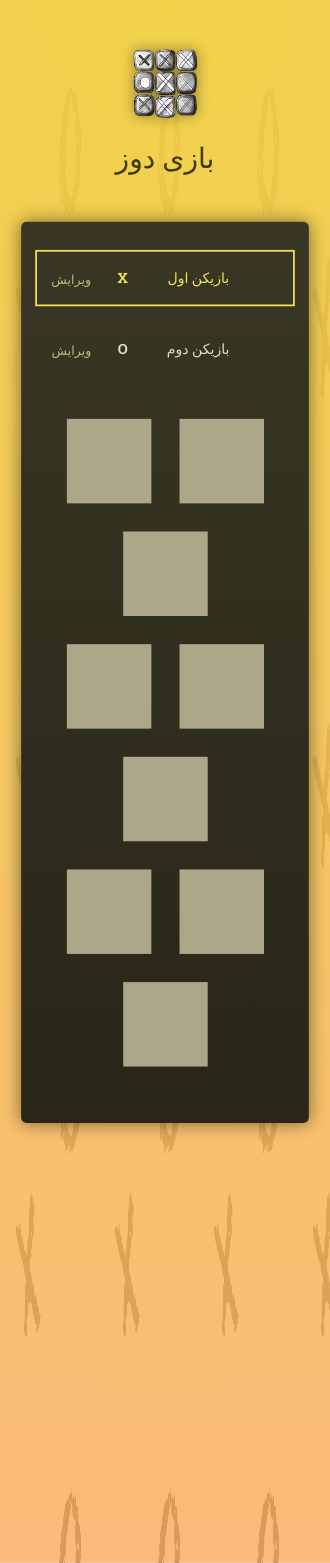
Repository: H-ala/react-tic-toc-toe
Page: /
An editor plug-in stored every save of this project. The page is shown before and after the next save, followed by the edit.
The browser window is 375 px wide. The pictures show the whole page, at 88% of full size.
Some web fonts or font styles are not loaded; a fallback is used. The project was rebuilt for these pictures with package versions that can differ from the ones it lists, and the page was loaded fresh each time. Also part of the build but not shown: vite.config.js, src/components/GameOver.jsx.

Above is the page before, as saved 2025-10-21 18:38:07.

### index.html
<!DOCTYPE html>
<html lang="en">
  <head>
    <meta charset="UTF-8" />
    <link rel="icon" type="image/svg+xml" href="/game-logo.png" />
    <meta name="viewport" content="width=device-width, initial-scale=1.0" />
    <title>React Tic-Tac-Toe</title>
  </head>
  <body>
    <header>
      <img src="game-logo.png" alt="main picture">
      <h1>بازی دوز</h1>
    </header>
    <div id="root"></div>
    <script type="module" src="/src/index.jsx"></script>
  </body>
</html>

### src/App.jsx
import { WINNING_COMBINATIONS } from "./winning_combinations.js";
import { useState } from "react";
import GameBoard from "./components/GameBoard.jsx";
import GameOver from "./components/GameOver.jsx";
import Player from "./components/Player.jsx";
import Log from "./components/Log.jsx";

const PLAYERS = {
    X: "بازیکن اول",
    O: "بازیکن دوم",
  }

const INITIAL_GAME_BOARD = [
  [null, null, null],
  [null, null, null],
  [null, null, null],
];

function deriveActivePlayer(gameTurns) {
  let currentPlayer = "X";
  if (gameTurns.length > 0 && gameTurns[0].player === "X") {
    currentPlayer = "O";
  }
  return currentPlayer;
}

function deriveGameBoard(gameTurns) {
  let gameBoard = [...INITIAL_GAME_BOARD.map((innerArray) => [...innerArray])];

  for (const turn of gameTurns) {
    const { square, player } = turn;
    const { row, col } = square;

    gameBoard[row][col] = player;
  }
  return gameBoard
}

function deriveWinner(gameBoard, players) {
  let winner;

  for (const combination of WINNING_COMBINATIONS) {
    const firstSquareSymbol =
      gameBoard[combination[0].row][combination[0].column];
    const secondSquareSymbol =
      gameBoard[combination[1].row][combination[1].column];
    const thirdSquareSymbol =
      gameBoard[combination[2].row][combination[2].column];

    if (
      firstSquareSymbol &&
      firstSquareSymbol === secondSquareSymbol &&
      firstSquareSymbol === thirdSquareSymbol
    ) {
      winner = players[firstSquareSymbol];
    }
  }

  return winner;
}

function App() {
  const [players, setplayers] = useState(PLAYERS);
  const [gameTurns, setGameTurns] = useState([]);

  const activePlayer = deriveActivePlayer(gameTurns);

  const gameBoard = deriveGameBoard(gameTurns);
  const winner = deriveWinner(gameBoard, players);
  const isDraw = gameTurns.length === 9 && !winner;

  function handleSelectSquare(rowIndex, colIndex) {
    setGameTurns((prevTurns) => {
      const currentPlayer = deriveActivePlayer(prevTurns);
      const updatedTurns = [
        {
          square: { row: rowIndex, col: colIndex },
          player: currentPlayer,
        },
        ...prevTurns,
      ];
      return updatedTurns;
    });
  }

  function handlePlayerName(symbol, newName) {
    setplayers((prevPlayers) => {
      return {
        ...prevPlayers,
        [symbol]: newName,
      };
    });
  }

  function handleRestart() {
    setGameTurns([]);
  }
  return (
    <main>
      <div id="game-container">
        <ol id="players" className="highlight-player">
          <Player
            initialName={PLAYERS.X}
            symbol="X"
            isActive={activePlayer === "X"}
            onChangeName={handlePlayerName}
          />
          <Player
            initialName={PLAYERS.O}
            symbol="O"
            isActive={activePlayer === "O"}
            onChangeName={handlePlayerName}
          />
        </ol>
        {(winner || isDraw) && (
          <GameOver winner={winner} onRestart={handleRestart} />
        )}
        <GameBoard onSelectSquare={handleSelectSquare} board={gameBoard} />
      </div>
      <Log turns={gameTurns} />
    </main>
  );
}

export default App;

### src/index.css
@import url("https://fonts.googleapis.com/css2?family=Caprasimo&family=Roboto+Slab:wght@400;700&display=swap");

* {
  box-sizing: border-box;
}

html {
  font-family: "Roboto Slab", sans-serif;
  line-height: 1.5;

  color: #ebe7ef;

  font-synthesis: none;
  text-rendering: optimizeLegibility;
  -webkit-font-smoothing: antialiased;
  -moz-osx-font-smoothing: grayscale;
  -webkit-text-size-adjust: 100%;
}

body {
  background: radial-gradient(
      circle at top,
      rgba(241, 210, 70, 0.98),
      rgba(250, 176, 103, 0.87)
    ),
    url("bg-pattern-dark.png");
  background-repeat: repeat;
  background-size: 100% 100%, 30% 30%, 100% 100%;
  min-height: 110rem;
  direction: rtl;
}

header {
  text-align: center;
}

header img {
  width: 8rem;
  object-fit: contain;
  margin: 3rem auto 1rem auto;
  filter: drop-shadow(0 0 8px rgba(0, 0, 0, 0.4));
}

h1 {
  font-family: "Caprasimo", cursive;
  font-size: 3rem;
  margin: 0 auto 3rem auto;
  color: #3f3b00;
}

#game-container {
  max-width: 45rem;
  margin: 3rem auto;
  padding: 2rem;
  border-radius: 6px;
  background: linear-gradient(#383624, #282617);
  box-shadow: 0 0 20px rgba(0, 0, 0, 0.5);
  position: relative;
}

#players {
  list-style: none;
  padding: 0;
  margin: 1rem 0;
  display: flex;
  justify-content: center;
  align-items: center;
  gap: 2rem;
}

#players li {
  display: flex;
  align-items: center;
  width: 50%;
  border: 2px solid transparent;
}

#players.highlight-player li.active {
  border-color: #f6e35a;
  animation: pulse 2s infinite ease-in-out;
}

#players.highlight-player li.active .player-name,
#players.highlight-player li.active .player-symbol {
  color: #f6e35a;
}

#players button {
  width: 3rem;
  border: none;
  background: none;
  color: #c3ba78;
  font-size: 0.9rem;
  cursor: pointer;
  transition: color 0.2s;
  padding: 0.5rem 0.25rem 0.25rem 0.25rem;
  text-align: center;
}

#players button:hover {
  color: #f8ca31;
}

.player {
  border: 2px solid transparent;
  padding: 0.5rem;
  border-radius: 4px;
  font-weight: bold;
}

.player-name {
  display: inline-block;
  width: 10rem;
  font-size: 1rem;
  color: #e1dec7;
  text-transform: uppercase;
  margin: 0;
  padding: 0.5rem;
  border-radius: 4px;
  text-overflow: ellipsis;
  text-align: center;
}

.player input {
  font: inherit;
  font-size: 1rem;
  width: 10rem;
  border: none;
  padding: 0.5rem;
  animation: pulse-text 2s infinite;
  background-color: #46432f;
  text-align: center;
  text-transform: uppercase;
}

.player-symbol {
  margin-left: 1rem;
  font-size: 1rem;
  color: #e1dec7;
}

ol {
  list-style: none;
  margin: 0;
  padding: 0;
}

/* #pre-game {
  text-align: center;
}

#pre-game button {
  cursor: pointer;
  background: none;
  color: #f8c031;
  border: none;
  font-family: "Caprasimo", cursive;
  font-size: 4rem;
  text-shadow: 0 0 12px rgba(0, 0, 0, 0.7);
  animation: pulse-text-size 2s infinite ease-out;
} */

#game-board {
  display: flex;
  flex-wrap: wrap;
  justify-content: center;
  gap: 2rem;
  margin: 3rem 0;
  padding: 0;
  flex-direction: column;
}

#game-board ol {
  display: flex;
  flex-wrap: wrap;
  justify-content: center;
  gap: 2rem;
  margin: 0;
  padding: 0;
}

#game-board button {
  width: 8rem;
  height: 8rem;
  border: none;
  background: #aca788;
  color: #3f3b00;
  font-size: 5rem;
  cursor: pointer;
  font-family: "Caprasimo", cursive;
  padding: 1rem;
}

#game-over {
  position: absolute;
  top: 0;
  left: 0;
  width: 100%;
  height: 100%;
  display: flex;
  flex-direction: column;
  justify-content: center;
  align-items: center;
  background-color: rgba(40, 38, 23, 0.95);
  animation: pop-in 0.5s cubic-bezier(0.68, -0.55, 0.65, 0.52) forwards;
}

#game-over h2 {
  font-family: "Caprasimo", cursive;
  font-size: 4rem;
  text-align: center;
  color: #fcd256;
  margin: 0;
}

#game-over p {
  font-size: 2rem;
  text-align: center;
  color: #e1dec7;
}

#game-over button {
  display: block;
  margin: 0 auto;
  font-size: 1.5rem;
  background: none;
  border: 2px solid #fcd256;
  color: #fcd256;
  padding: 0.5rem 1rem;
  border-radius: 4px;
  cursor: pointer;
  transition: all 0.2s, color 0.2s;
  box-shadow: 0 0 8px rgba(255, 187, 0, 0.4);
}

#game-over button:hover {
  background: #fcd256;
  color: #3f3b00;
  transform: scale(1.1);
  box-shadow: 0 0 20px rgba(255, 187, 0, 0.8);
}

#log {
  max-width: 20rem;
  color: #3f3b00;
  list-style: none;
  margin: 2rem auto;
  padding: 0;
  text-align: center;
}

#log li {
  border-radius: 4px;
  animation: slide-in-from-left 1s cubic-bezier(0.075, 0.82, 0.165, 1) forwards;
  margin: 0.75rem;
}

#log li.highlighted {
  background-color: #3f3b00;
  color: white;
}

#game-hints {
  text-align: center;
  color: #46432f;
}

#game-hints h2 {
  font-family: "Caprasimo", cursive;
  font-size: 2rem;
  margin: 0;
}

#game-hints ul {
  list-style: none;
  padding: 0;
  margin: 0;
}

#game-hints button {
  cursor: pointer;
  border: none;
  background: transparent;
  color: #23221f;
  font: inherit;
  margin-top: 1.5rem;
}

@keyframes slide-in-from-left {
  0% {
    opacity: 0;
    transform: translateX(-30%);
  }
  100% {
    opacity: 1;
    transform: translateX(0);
  }
}

@keyframes pulse-text {
  0% {
    color: #e1dec7;
  }
  50% {
    color: #9f9d83;
  }
  100% {
    color: #e1dec7;
  }
}

@keyframes pulse-text-size {
  0% {
    transform: scale(1);
  }
  50% {
    transform: scale(1.05);
  }
  100% {
    transform: scale(1);
  }
}

@keyframes pulse {
  0% {
    border-color: #f6e35a;
    box-shadow: 0 0 0 0 rgba(246, 227, 90, 0.4);
  }
  50% {
    border-color: #f8c031;
    box-shadow: 0 0 0 0.5rem rgba(248, 165, 49, 0);
  }
  100% {
    border-color: #f6e35a;
    box-shadow: 0 0 0 0 rgba(246, 227, 90, 0);
  }
}

/* Fancy animation for showing the "Game Over" element */
@keyframes pop-in {
  0% {
    transform: scale(0);
    opacity: 0;
  }
  80% {
    transform: scale(1.1);
    opacity: 1;
  }
  100% {
    transform: scale(1);
  }
}

@media (max-width: 768px) {
  h1 {
    font-size: 2rem;
  }

  #game-container {
    padding: 1rem;
    margin: 1rem;
  }

  #players {
    flex-direction: column;
    gap: 1rem;
  }

  #players li {
    width: 100%;
    align-items: center;
    justify-content: center;
  }

  #game-board button {
    width: 6rem;
    height: 6rem;
    font-size: 3rem;
  }

  #game-over p {
    font-size: 1.2rem;
  }
}
@media (max-width: 480px) {
  header img {
    width: 4.5rem;
  }

  h1 {
    font-size: 2rem;
  }

  #game-container {
    padding: 1rem;
    margin: 1rem;
  }

  #players {
    flex-direction: column;
    gap: 1rem;
  }

  #players li {
    width: 100%;
    align-items: center;
    justify-content: center;
  }

  #game-board button {
    width: 6rem;
    height: 6rem;
    font-size: 3rem;
  }

  #game-over p {
    font-size: 1.2rem;
  }
}

### src/winning_combinations.js
export const WINNING_COMBINATIONS = [
  [
    { row: 0, column: 0 },
    { row: 0, column: 1 },
    { row: 0, column: 2 },
  ],
  [
    { row: 1, column: 0 },
    { row: 1, column: 1 },
    { row: 1, column: 2 },
  ],
  [
    { row: 2, column: 0 },
    { row: 2, column: 1 },
    { row: 2, column: 2 },
  ],
  [
    { row: 0, column: 0 },
    { row: 1, column: 0 },
    { row: 2, column: 0 },
  ],
  [
    { row: 0, column: 1 },
    { row: 1, column: 1 },
    { row: 2, column: 1 },
  ],
  [
    { row: 0, column: 2 },
    { row: 1, column: 2 },
    { row: 2, column: 2 },
  ],
  [
    { row: 0, column: 0 },
    { row: 1, column: 1 },
    { row: 2, column: 2 },
  ],
  [
    { row: 0, column: 2 },
    { row: 1, column: 1 },
    { row: 2, column: 0 },
  ],
];

### src/components/Player.jsx
import { useState } from "react";

export default function ({ initialName, symbol, isActive, onChangeName }) {
  const [playerName, setplayerName] = useState(initialName);
  const [isEditting, setIsEditting] = useState(false);

  function handleEditClick() {
    setIsEditting((editting) => !editting);
    if (isEditting) {
      onChangeName(symbol, playerName);
    }
  }

  function handleChange(event) {
    setplayerName(event.target.value);
  }

  let edittablePlayerName = <span className="player-name">{playerName}</span>;
  if (isEditting) {
    edittablePlayerName = (
      <input type="text" required value={playerName} onChange={handleChange} />
    );
  }
  return (
    <li className={isActive ? "active" : undefined}>
      <span className="player">
        {edittablePlayerName}
        <span className="player-symbol">{symbol}</span>
      </span>
      <button onClick={handleEditClick}>{isEditting ? "ذخیره" : "ویرایش"} </button>
    </li>
  );
}

### src/components/Log.jsx
export default function Log({ turns }) {
  return (
    <ol id="log">
      {turns.map((turn) => (
        <li key={`${turn.square.row}${turn.square.col}`}>
          {turn.player} ردیف {turn.square.row + 1} و ستون {turn.square.col + 1}{" "}
          را انتخاب کرد
        </li>
      ))}
    </ol>
  );
}

Loaded but not shown: src/index.jsx (common file); src/components/GameBoard.jsx (common file)

After the next save:
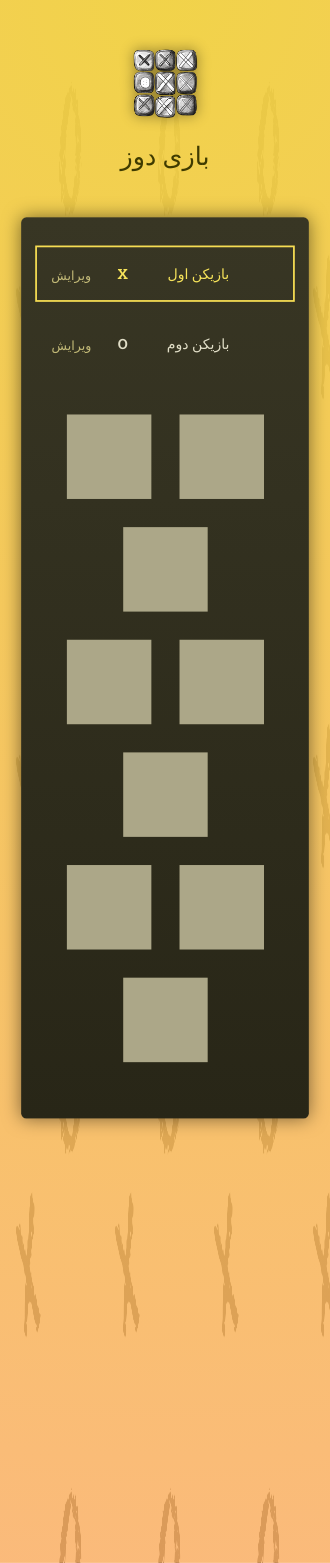
Saved 12 s later.
--- a/src/index.css
+++ b/src/index.css
@@ -388,7 +388,7 @@ ol {
   }
 
   h1 {
-    font-size: 2rem;
+    font-size: 1.8rem;
   }
 
   #game-container {
